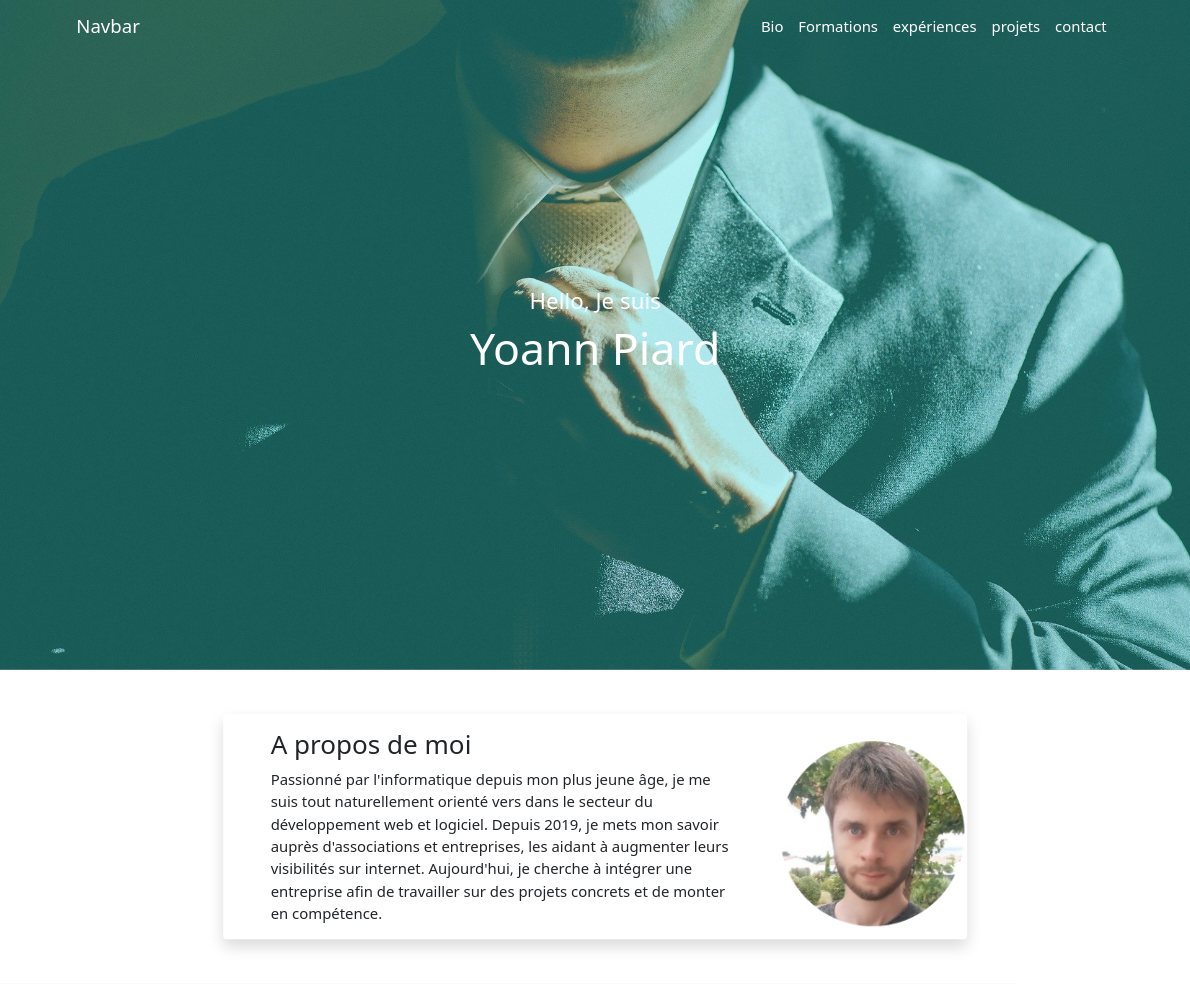
Repository: ypiard85/port-folio-bootstrap-yoann-2021
Page: index.html
These files come from the project's save history. The page is drawn as it stood at one moment and after the next save; the edit follows.
The browser window is 1280 px wide. The pictures show the whole page, at 93% of full size.

Above is the page before, as saved 2021-03-09 14:14:39.

After the next save:
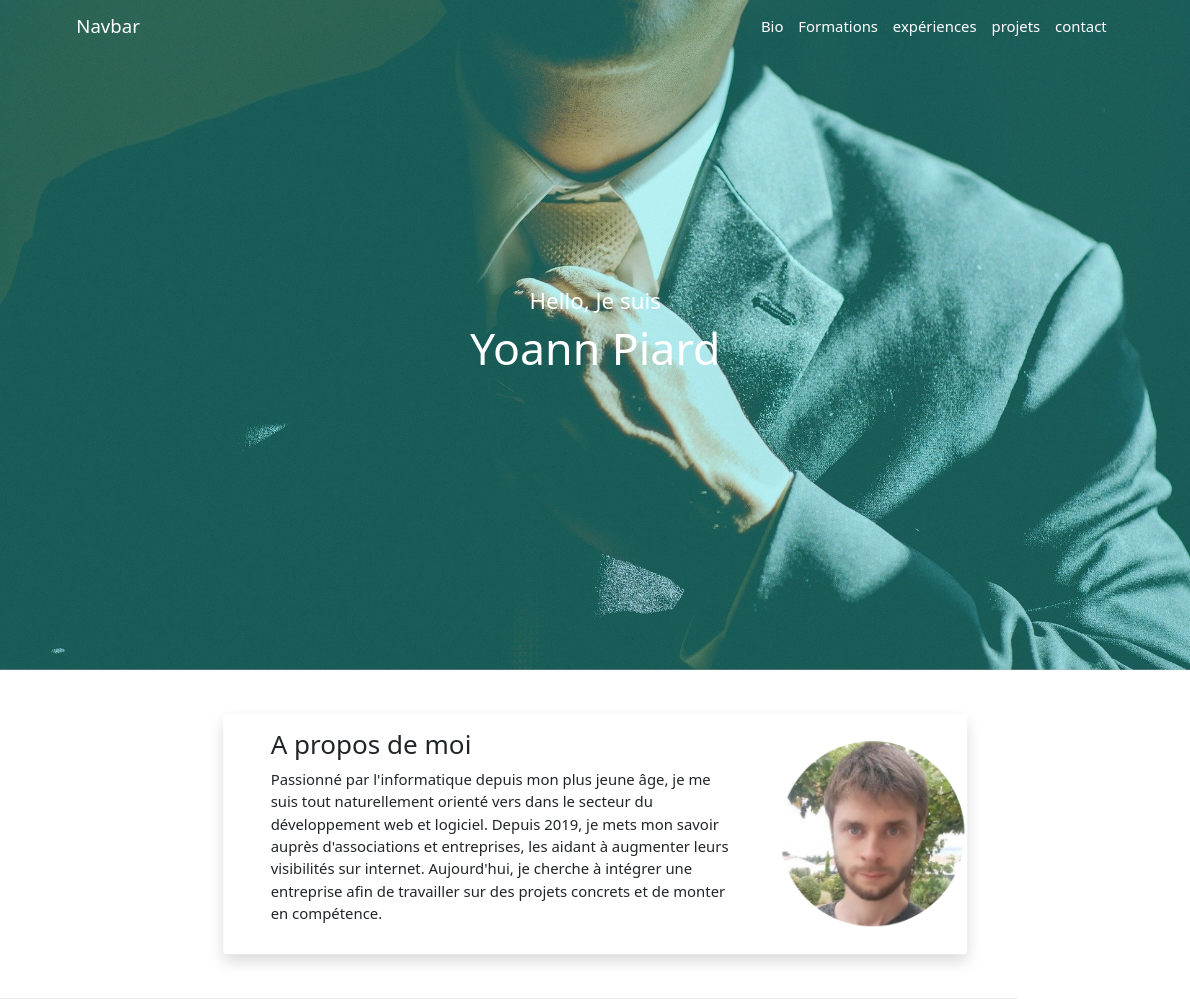
Saved 6 s later.
--- a/index.html
+++ b/index.html
@@ -46,7 +46,7 @@
           </header>
 
           <section class="about_me container mt-5 mb-5">
-                <div class=" pt-3 about_card shadow rounded flex-wrap justify-content-center align-items-center align-content-center d-flex">
+                <div class=" pt-3 pb-3 about_card shadow rounded flex-wrap justify-content-center align-items-center align-content-center d-flex">
                     <div class="about_presentation mx-5">
                         <h3>A propos de moi</h3>
                         <p>Passionné par l'informatique depuis mon plus jeune âge, je me suis tout naturellement orienté vers dans le secteur du développement web et logiciel. Depuis 2019, je mets mon savoir auprès d'associations et entreprises, les aidant à augmenter leurs visibilités sur internet. Aujourd'hui, je cherche à intégrer une entreprise afin de travailler sur des projets concrets et de monter en compétence.</p>
